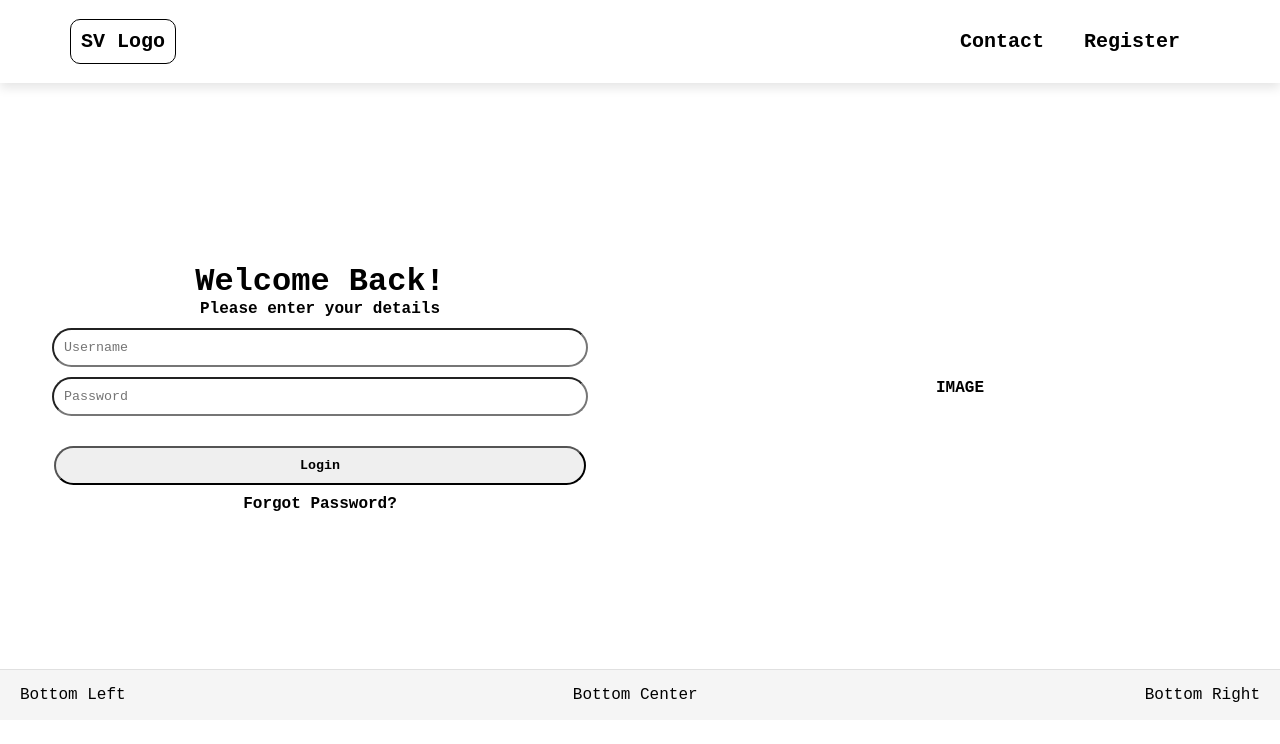
Repository: BuddhimaB/SecureVisionAI
Page: / (app in client/)
An editor plug-in stored every save of this project. The page is shown before and after the next save, followed by the edit.
The browser window is 1280 px wide. The pictures show the whole page.
The project was rebuilt for these pictures with package versions that can differ from the ones it lists, and the page was loaded fresh each time.

Above is the page before, as saved 2024-07-13 19:27:20.

After the next save:
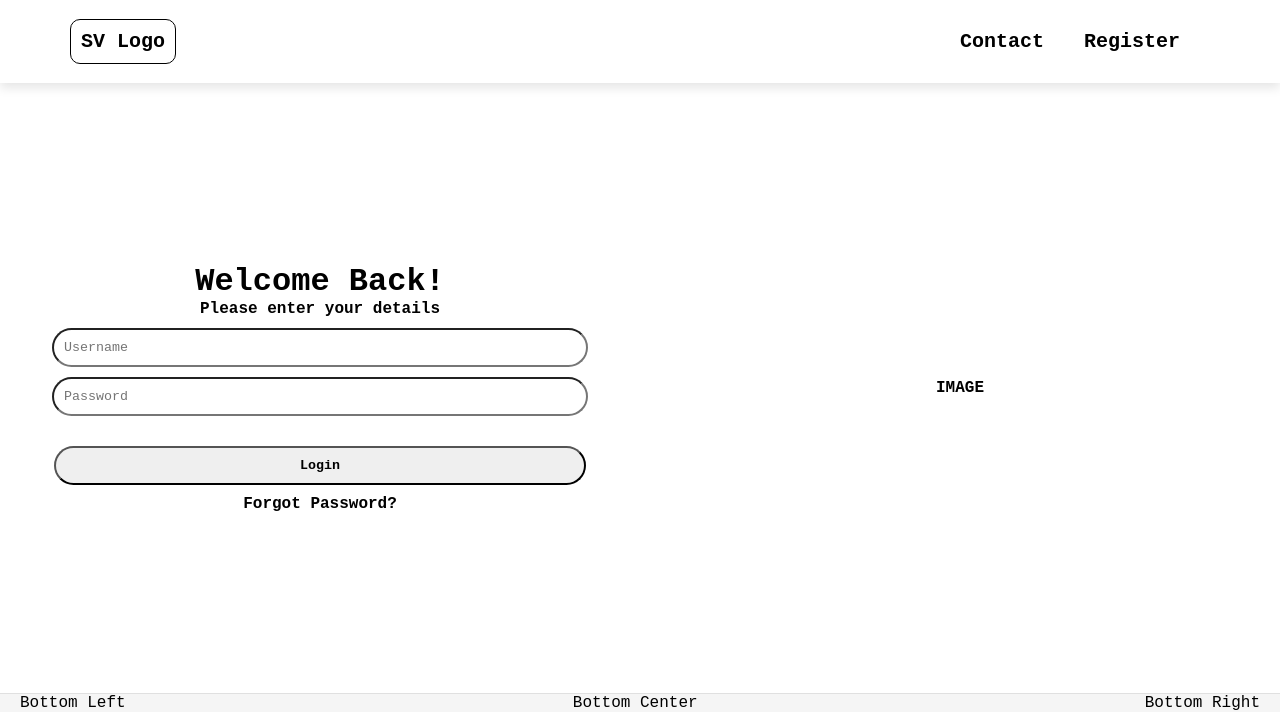
Saved 41 s later.
--- a/client/src/components/BottomDetails/Bottom.css
+++ b/client/src/components/BottomDetails/Bottom.css
@@ -5,7 +5,7 @@
     position: sticky;
     bottom: 0;
     padding: 0 20px;
-    height: 50px;
+
     background-color: #f5f5f5;
     border-top: 1px solid #e0e0e0;
 }
